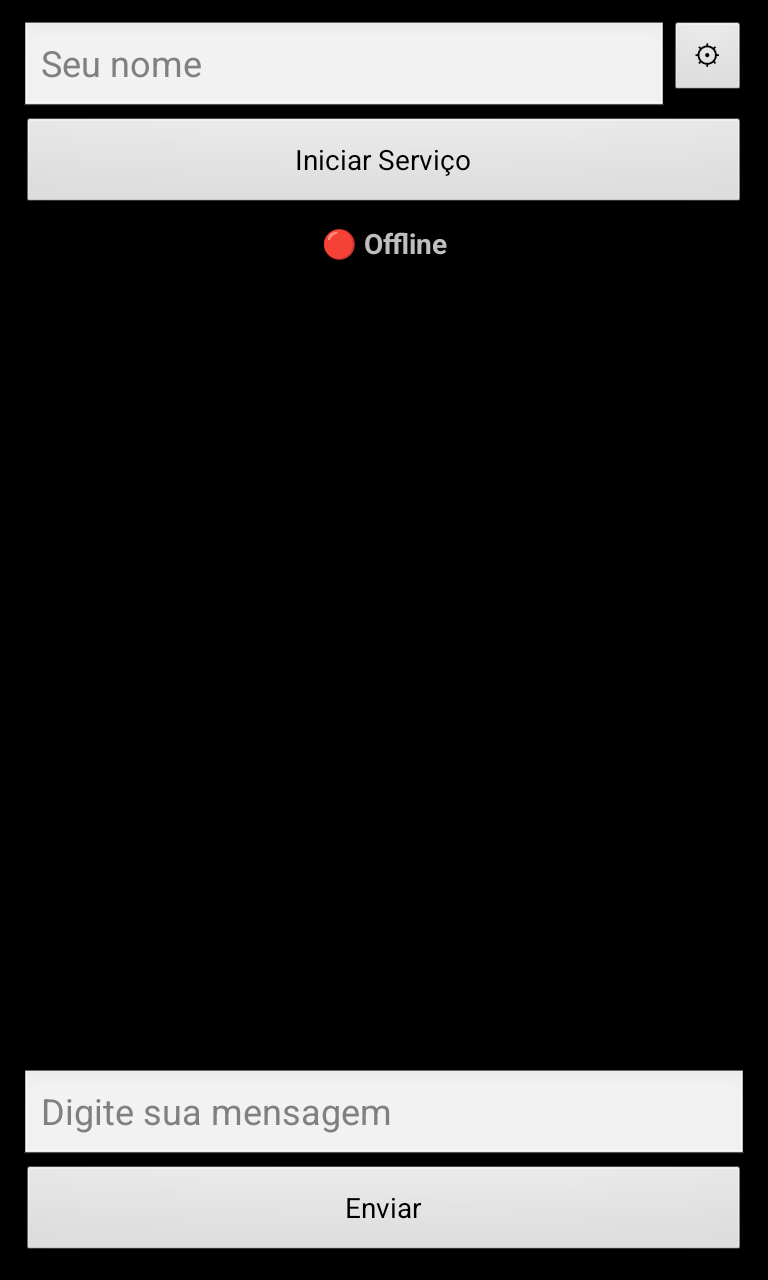
Repository: JoelmirMoura/AppMensagem
Layout: Mensagem/res/layout/main.xml
The author's editor kept a copy of each file at every save. The layout is drawn from the files as they stood at one save, then again after the next save.
It is drawn on a 768 x 1280 px phone screen (xhdpi) without system bars, with theme android:Theme; the app's code is not run.

Above is the layout before, as saved 2026-04-27 12:00:14.

### Mensagem/res/layout/main.xml
<LinearLayout xmlns:android="http://schemas.android.com/apk/res/android"
    android:orientation="vertical"
    android:padding="10dp"
    android:layout_width="fill_parent"
    android:layout_height="fill_parent">

    <!-- TOPO -->
    <RelativeLayout
        android:layout_width="fill_parent"
        android:layout_height="wrap_content">

        <Button
            android:id="@+id/btnConfig"
            android:layout_width="40dp"
            android:layout_height="40dp"
            android:text="⚙"
            android:layout_alignParentRight="true" />

        <EditText
            android:id="@+id/editNome"
            android:layout_width="fill_parent"
            android:layout_height="wrap_content"
            android:hint="Seu nome"
            android:layout_toLeftOf="@+id/btnConfig" />
    </RelativeLayout>

    <Button
        android:id="@+id/btnServidor"
        android:layout_width="fill_parent"
        android:layout_height="wrap_content"
        android:text="Iniciar Serviço" />

    <TextView
        android:id="@+id/txtStatus"
        android:layout_width="fill_parent"
        android:layout_height="wrap_content"
        android:text="🔴 Offline"
        android:padding="6dp"
        android:gravity="center"
        android:textStyle="bold" />

    <ScrollView
        android:id="@+id/scrollChat"
        android:layout_width="fill_parent"
        android:layout_height="0dp"
        android:layout_weight="1"
        android:fillViewport="true">

        <LinearLayout
            android:id="@+id/chatContainer"
            android:layout_width="fill_parent"
            android:layout_height="wrap_content"
            android:orientation="vertical"
            android:padding="10dp" />
    </ScrollView>

    <EditText
        android:id="@+id/editMensagem"
        android:layout_width="fill_parent"
        android:layout_height="wrap_content"
        android:hint="Digite sua mensagem"
        android:singleLine="true"
        android:layout_marginTop="8dp" />

    <Button
        android:id="@+id/btnEnviar"
        android:layout_width="fill_parent"
        android:layout_height="wrap_content"
        android:text="Enviar" />

</LinearLayout>

After the next save:
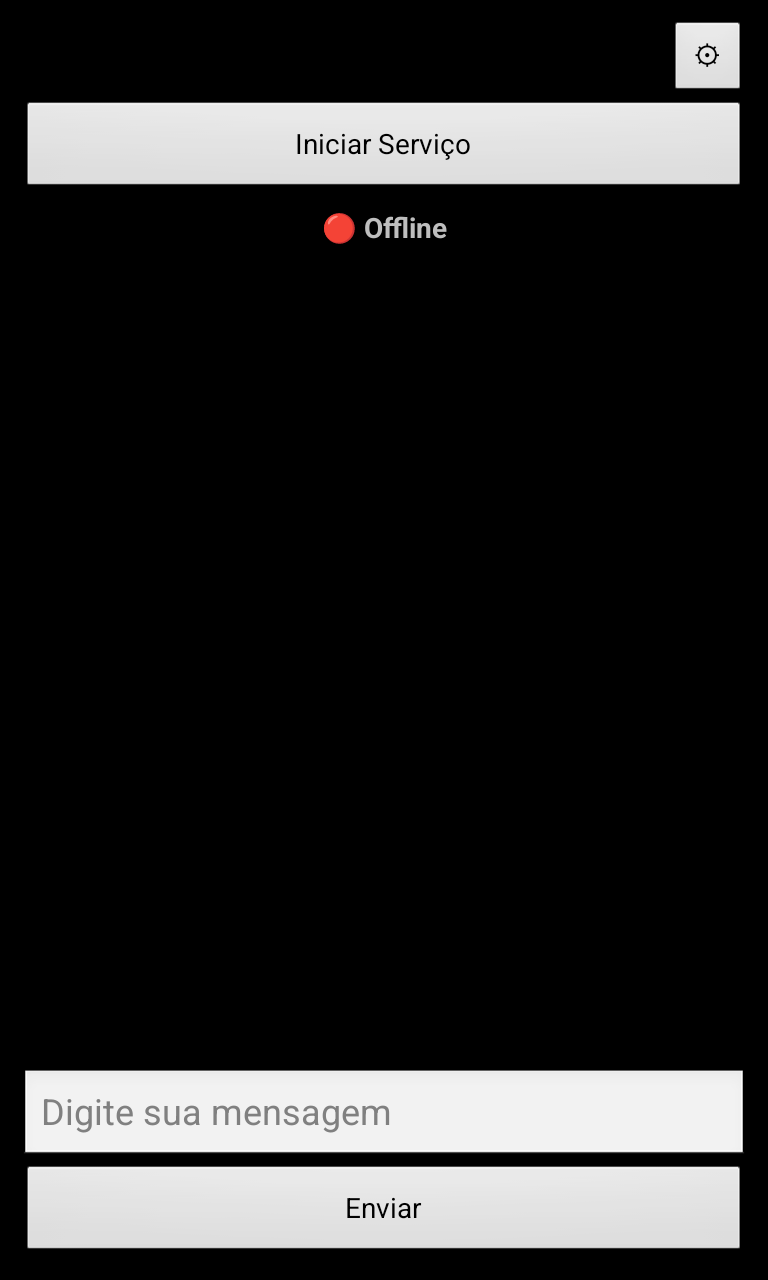
Saved 112 min 57 s later.
--- a/Mensagem/res/layout/main.xml
+++ b/Mensagem/res/layout/main.xml
@@ -15,13 +15,6 @@
             android:layout_height="40dp"
             android:text="⚙"
             android:layout_alignParentRight="true" />
-
-        <EditText
-            android:id="@+id/editNome"
-            android:layout_width="fill_parent"
-            android:layout_height="wrap_content"
-            android:hint="Seu nome"
-            android:layout_toLeftOf="@+id/btnConfig" />
     </RelativeLayout>
 
     <Button
